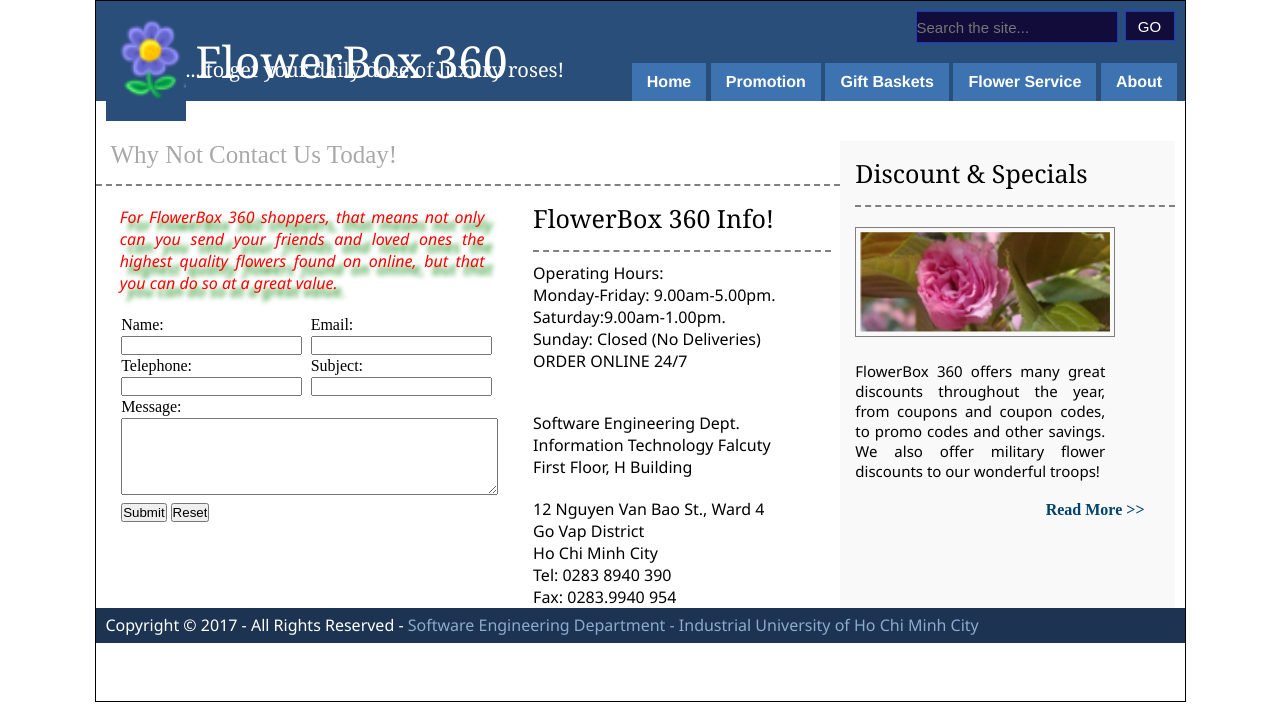
Repository: thu1365/BTKT_WEB
Page: HTML/btkt.html
An editor plug-in stored every save of this project. The page is shown before and after the next save, followed by the edit.
The browser window is 1280 px wide. The pictures show the whole page.

Above is the page before, as saved 2023-03-11 20:13:43.

After the next save:
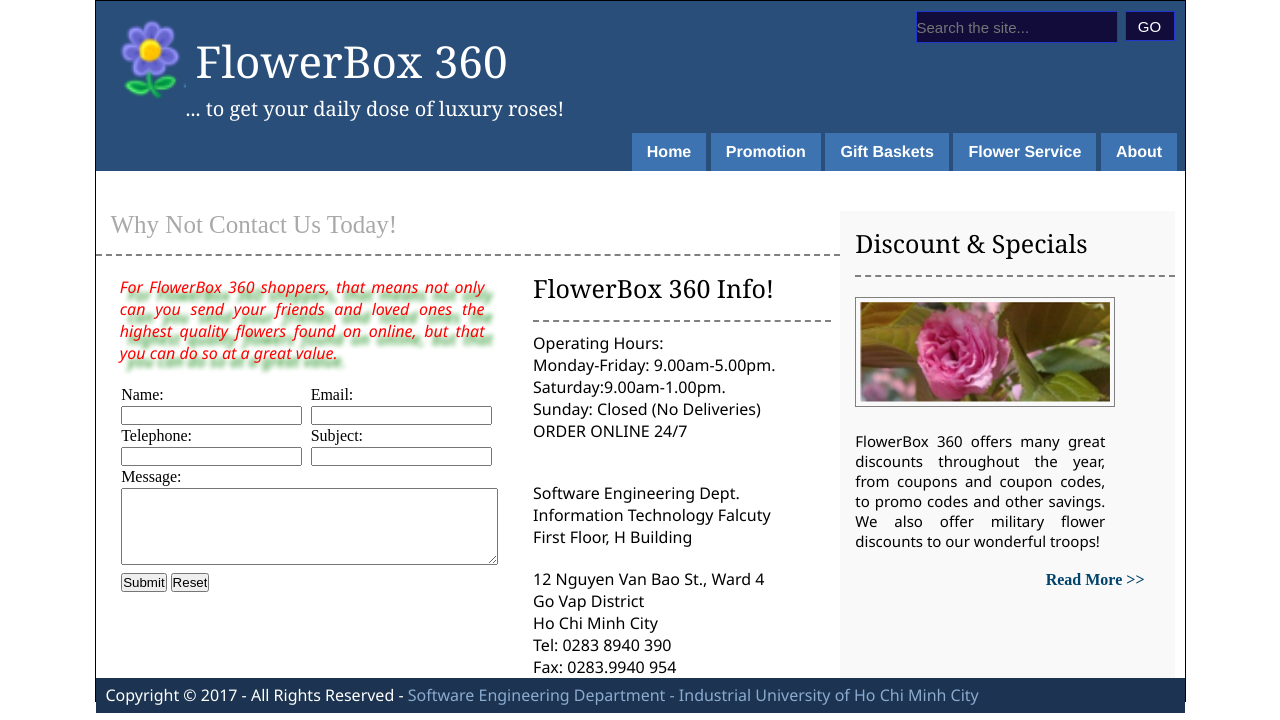
Saved 9 s later.
--- a/HTML/btkt.html
+++ b/HTML/btkt.html
@@ -23,7 +23,7 @@
             align-items: center;
             position: relative;
             width: 1089px;
-            height: 100px;
+            height: 170px;
             background-color: #294e79;
         }
 

After the save that followed:
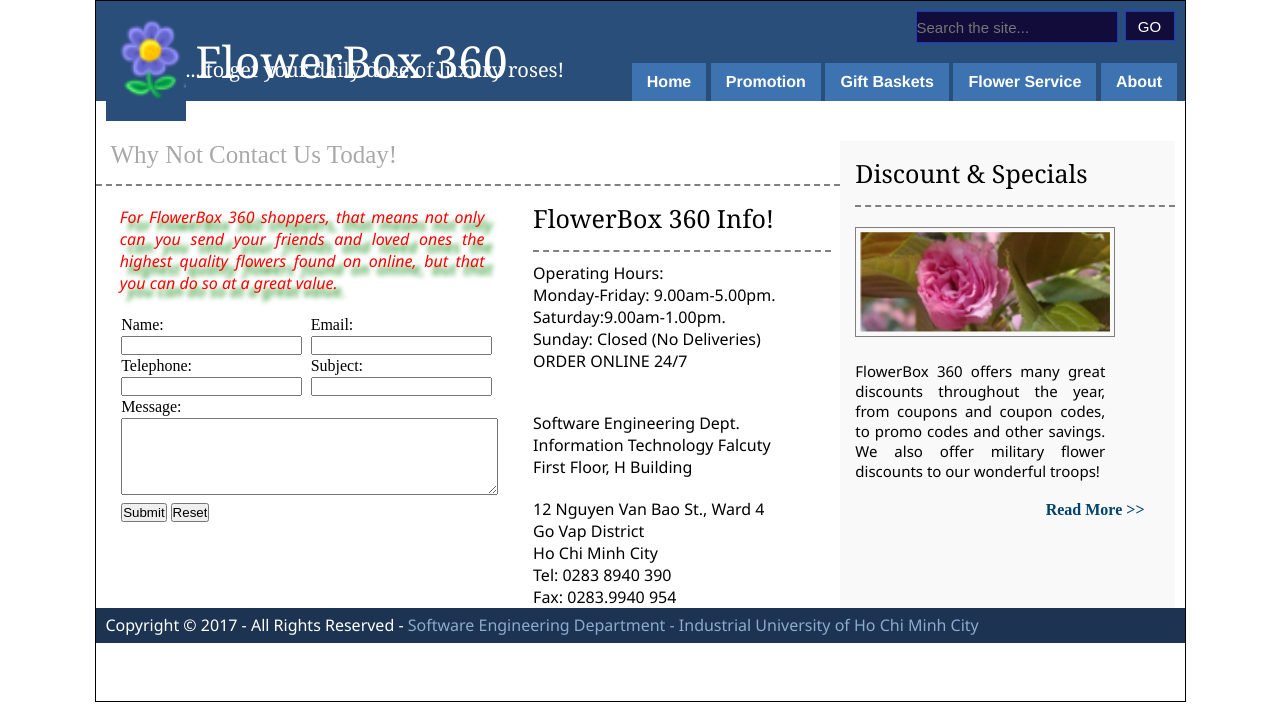
Saved 52 s later.
--- a/HTML/btkt.html
+++ b/HTML/btkt.html
@@ -23,7 +23,7 @@
             align-items: center;
             position: relative;
             width: 1089px;
-            height: 170px;
+            height: 100px;
             background-color: #294e79;
         }
 
